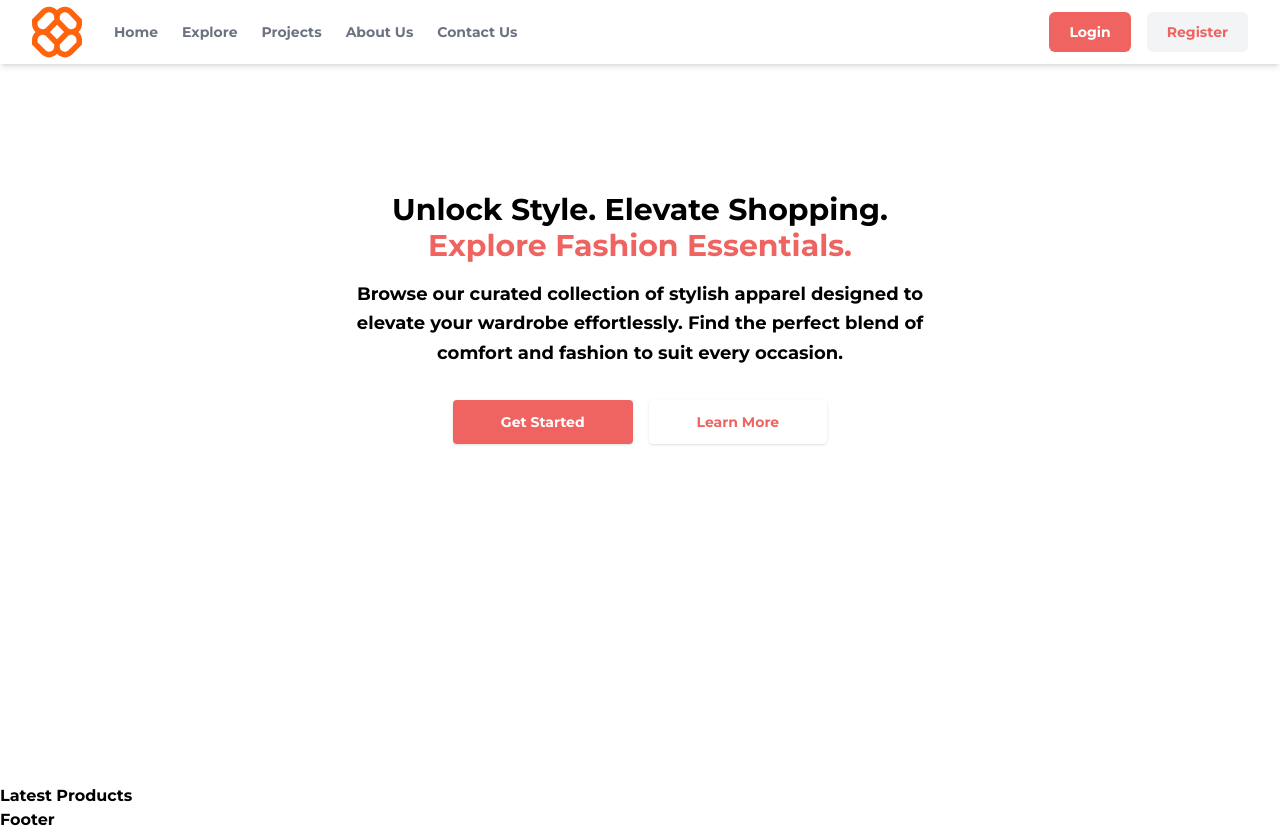
Repository: YahiaSala7/E-commerce-Project
Page: / (app in ecommerce/)
The author's editor kept a copy of each file at every save. The page is drawn from the files as they stood at one save, then again after the next save.
The browser window is 1280 px wide. The pictures show the whole page.
The page's requests for data from a server got no answer. The project was rebuilt for these pictures with package versions that can differ from the ones it lists, and the page was loaded fresh each time. The framework's server and built-in components were replaced by stand-ins that run in the browser. No one was signed in, and anything a server would have sent is missing. Also part of the build but not shown: ecommerce/next.config.mjs, ecommerce/app/_Components/ProductItem.jsx.

Above is the page before, as saved 2024-07-25 23:04:31.

### ecommerce/app/layout.js
import { Montserrat } from "next/font/google";
import "./globals.css";
import Header from "./_Components/Header";
import Footer from "./_Components/Footer";

const inter = Montserrat({ subsets: ["latin"], weight: "700" });

export const metadata = {
  title: "Create Next App",
  description: "Generated by create next app",
};

export default function RootLayout({ children }) {
  return (
    <html lang="en">
      <body className={inter.className}>
        <Header />
        {children}
        <Footer />
      </body>
    </html>
  );
}

### ecommerce/app/page.js
import Image from "next/image";
import Hero from "./_Components/Hero";
import ProductsSection from "./_Components/ProductsSection";

export default function Home() {
  return (
    <div className="home">
      <Hero />
      <ProductsSection />
    </div>
  );
}

### ecommerce/app/globals.css
@tailwind base;
@tailwind components;
@tailwind utilities;

:root {
  /* --foreground-rgb: 0, 0, 0; */
  /* --background-start-rgb: 214, 219, 220;
  --background-end-rgb: 255, 255, 255; */
}

@media (prefers-color-scheme: dark) {
  :root {
    /* --foreground-rgb: 0, 0, 0; */
    /* --background-start-rgb: 0, 0, 0;
    --background-end-rgb: 0, 0, 0; */
  }
}

body {
  color: rgb(var(--foreground-rgb));
  background: linear-gradient(
      to bottom,
      transparent,
      rgb(var(--background-end-rgb))
    )
    rgb(var(--background-start-rgb));
}

@layer utilities {
  .text-balance {
    text-wrap: balance;
  }
}

### ecommerce/app/_Components/Header.jsx
import React from "react";
function Header() {
  return (
    <header className="bg-white shadow-md">
      <div className=" flex h-16 max-w-screen-xl items-center gap-8 container mx-auto px-4 sm:px-6 lg:px-8">
        <img src="/logo.svg" width={"50px"} height={"50px"} />

        <div className="flex flex-1 items-center justify-end md:justify-between">
          <nav aria-label="Global" className="hidden md:block">
            <ul className="flex items-center gap-6 text-sm">
              <li>
                <a
                  className="text-gray-500 transition hover:text-gray-500/75"
                  href="#">
                  {" "}
                  Home{" "}
                </a>
              </li>

              <li>
                <a
                  className="text-gray-500 transition hover:text-gray-500/75"
                  href="#">
                  {" "}
                  Explore{" "}
                </a>
              </li>

              <li>
                <a
                  className="text-gray-500 transition hover:text-gray-500/75"
                  href="#">
                  {" "}
                  Projects{" "}
                </a>
              </li>

              <li>
                <a
                  className="text-gray-500 transition hover:text-gray-500/75"
                  href="#">
                  {" "}
                  About Us{" "}
                </a>
              </li>

              <li>
                <a
                  className="text-gray-500 transition hover:text-gray-500/75"
                  href="#">
                  {" "}
                  Contact Us{" "}
                </a>
              </li>
            </ul>
          </nav>

          <div className="flex items-center gap-4">
            <div className="sm:flex sm:gap-4">
              <a
                className="block rounded-md bg-primary px-5 py-2.5 text-sm font-medium text-white transition hover:bg-secondary "
                href="#">
                Login
              </a>

              <a
                className="hidden rounded-md bg-gray-100 px-5 py-2.5 text-sm font-medium text-primary transition hover:text-secondary sm:block"
                href="#">
                Register
              </a>
            </div>

            <button className="block rounded bg-gray-100 p-2.5 text-gray-600 transition hover:text-gray-600/75 md:hidden">
              <span className="sr-only">Toggle menu</span>
              <svg
                xmlns="http://www.w3.org/2000/svg"
                className="h-5 w-5"
                fill="none"
                viewBox="0 0 24 24"
                stroke="currentColor"
                strokeWidth="2">
                <path
                  strokeLinecap="round"
                  strokeLinejoin="round"
                  d="M4 6h16M4 12h16M4 18h16"
                />
              </svg>
            </button>
          </div>
        </div>
      </div>
    </header>
  );
}

export default Header;

### ecommerce/app/_Components/Hero.jsx
import React from "react";

function Hero() {
  return (
    <section className="">
      <div className="mx-auto max-w-screen-xl px-4 py-32 lg:flex lg:h-screen">
        <div className="mx-auto max-w-xl text-center">
          <h1 className="text-2xl font-extrabold sm:text-3xl ">
            Unlock Style. Elevate Shopping.
            <strong className="font-extrabold text-primary sm:block">
              {" "}
              Explore Fashion Essentials.{" "}
            </strong>
          </h1>

          <p className="mt-4 sm:text-[18px]/relaxed">
            Browse our curated collection of stylish apparel designed to elevate
            your wardrobe effortlessly. Find the perfect blend of comfort and
            fashion to suit every occasion.
          </p>

          <div className="mt-8 flex flex-wrap justify-center gap-4">
            <a
              className="block w-full rounded bg-primary px-12 py-3 text-sm font-medium text-white shadow hover:bg-secondary focus:outline-none focus:ring active:bg-red-500 sm:w-auto"
              href="#">
              Get Started
            </a>

            <a
              className="block w-full rounded px-12 py-3 text-sm font-medium text-primary shadow hover:text-secondary focus:outline-none focus:ring active:text-red-500 sm:w-auto"
              href="#">
              Learn More
            </a>
          </div>
        </div>
      </div>
    </section>
  );
}

export default Hero;

### ecommerce/app/_Components/ProductsSection.jsx
import React from "react";
import LatestProducts from "./LatestProducts";

function ProductsSection() {
  return (
    <>
      <h2>Latest Products</h2>
      <LatestProducts />
    </>
  );
}

export default ProductsSection;

### ecommerce/app/_Components/LatestProducts.jsx
"use client";
import React, { useEffect, useState } from "react";
import ProdcutApis from "../_utils/ProdcutApis";
import ProductItem from "./ProductItem";

function LatestProducts() {
  const [latestProducts, setLatestProducts] = useState([]);
  useEffect(() => {
    getLatestProducts_();
  }, []);
  const getLatestProducts_ = () => {
    ProdcutApis.getLatestProducts().then((res) => {
      setLatestProducts(res.data.data);
    });
  };

  return (
    <div className="grid grid-cols-2 sm:grid-col-3 md:grid-cols-4 gap-3 mx-auto px-4 sm:px-6 lg:px-8">
      {latestProducts?.map((product) => (
        <ProductItem key={product.id} product={product} />
      ))}
    </div>
  );
}

export default LatestProducts;

### ecommerce/app/_utils/ProdcutApis.js
const { default: dataFetching } = require("./dataFetching");

const getLatestProducts = () => dataFetching.get("/products?populate=*");

export default {
  getLatestProducts,
};

### ecommerce/app/_utils/dataFetching.js
const { default: axios } = require("axios");

const apiKey = process.env.NEXT_PUBLIC_REST_API_KEY;
const baseUrl = "http://localhost:1337/api";

const dataFetching = axios.create({
  baseURL: baseUrl,
  headers: {
    Authorization: `Bearer ${apiKey}`,
  },
});

export default dataFetching;

### ecommerce/tailwind.config.js
/** @type {import('tailwindcss').Config} */
module.exports = {
  content: [
    "./pages/**/*.{js,ts,jsx,tsx,mdx}",
    "./components/**/*.{js,ts,jsx,tsx,mdx}",
    "./app/**/*.{js,ts,jsx,tsx,mdx}",
  ],
  theme: {
    extend: {
      backgroundImage: {
        "gradient-radial": "radial-gradient(var(--tw-gradient-stops))",
        "gradient-conic":
          "conic-gradient(from 180deg at 50% 50%, var(--tw-gradient-stops))",
      },
      colors: {
        primary: "#EF6461",
        secondary: " #B83D3A",
      },
    },
  },
  plugins: [],
};

Loaded but not shown: ecommerce/app/_Components/Footer.jsx (common file)

After the next save:
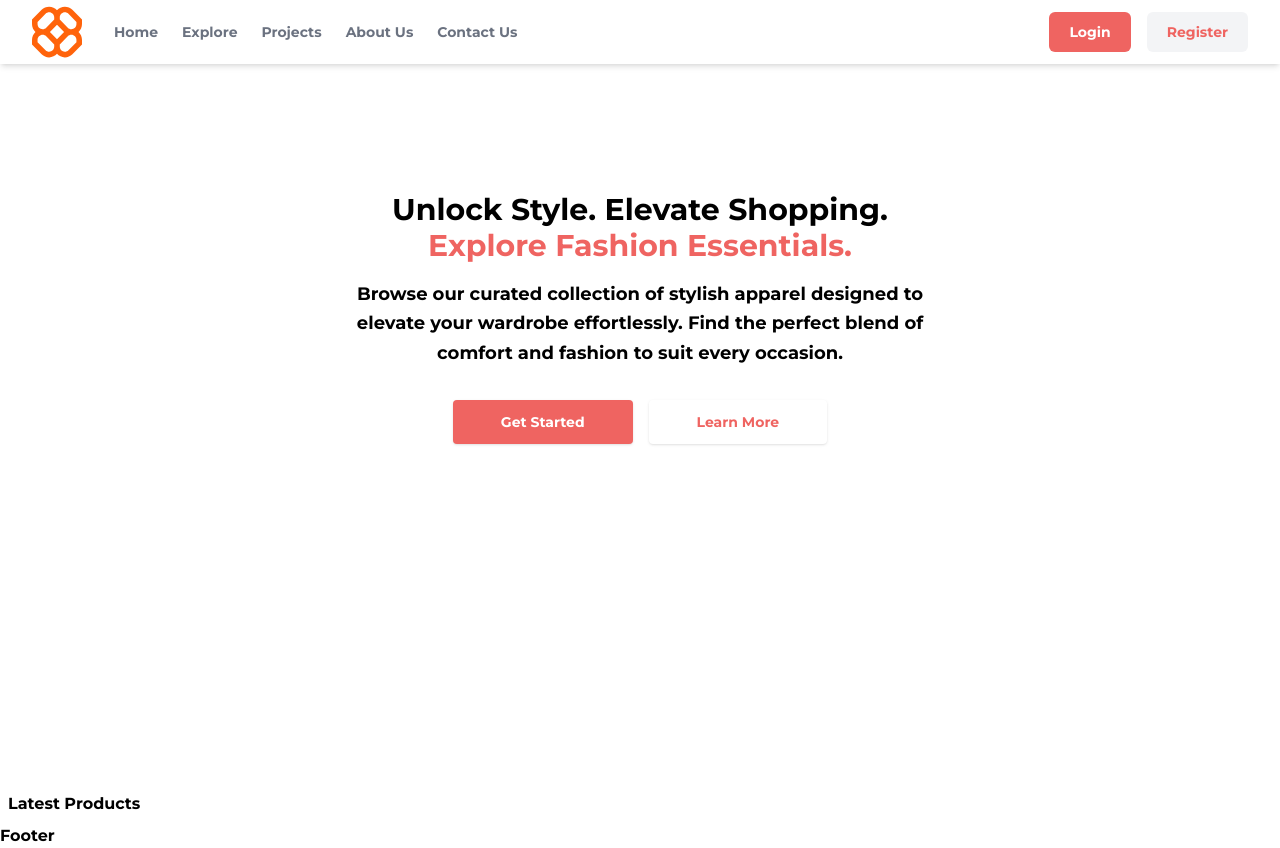
Saved 18 s later.
--- a/ecommerce/app/_Components/ProductsSection.jsx
+++ b/ecommerce/app/_Components/ProductsSection.jsx
@@ -4,7 +4,7 @@ import LatestProducts from "./LatestProducts";
 function ProductsSection() {
   return (
     <>
-      <h2>Latest Products</h2>
+      <h2 className="p-2">Latest Products</h2>
       <LatestProducts />
     </>
   );
